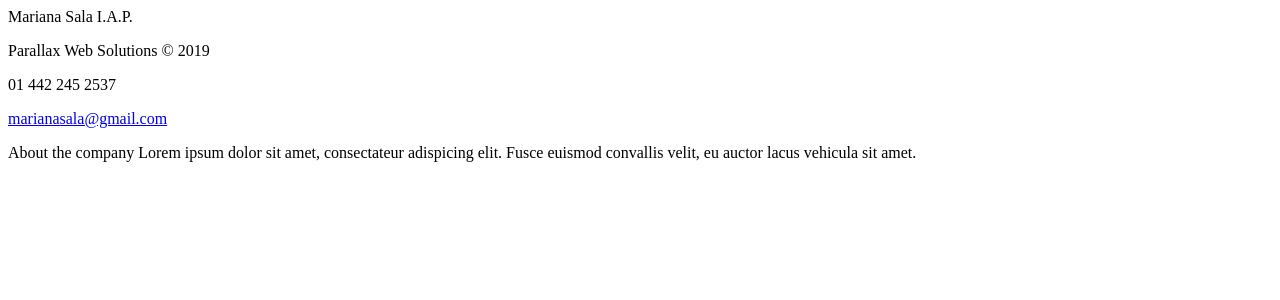
Repository: DanElias/Parallax
Page: Proyecto/Website/sitio/_footer_sitio.html
The author's editor kept a record of every edit. The page is drawn from the files as they stood at one moment, then again after the next edit.
The browser window is 1280 px wide. The pictures show the whole page.

Above is the page before.
Console error: TypeError: Cannot set properties of null (setting 'onmouseover')

### Proyecto/Website/sitio/_footer_sitio.html


<footer class="footer-distributed" id="footer">

			<div class="footer-left">
				<div class="my_footer_title">Mariana Sala I.A.P.</div>
				<p class="footer-company-name">Parallax Web Solutions © 2019</p>
			</div>

			<div class="footer-center">

				<div>
					<a target="_blank" href="https://www.google.com/maps/place/Educational+Center+Mariana+Sala+I.A.P./@20.6182497,-100.3733119,15z/data=!4m2!3m1!1s0x0:0xcba36e8ecbfad194?sa=X&ved=2ahUKEwiCr7vgrdHhAhVJQ6wKHRxbCgAQ_BIwEXoECAoQCA">
					    <i class="fa fa-map-marker hoverable"></i>
					</a>
					<a target="_blank" href="https://www.google.com/maps/place/Educational+Center+Mariana+Sala+I.A.P./@20.6182497,-100.3733119,15z/data=!4m2!3m1!1s0x0:0xcba36e8ecbfad194?sa=X&ved=2ahUKEwiCr7vgrdHhAhVJQ6wKHRxbCgAQ_BIwEXoECAoQCA">
					    <i class="fa fa-map-marker hoverable"></i>
					</a>

				</div>

				<div>
					<i class="fa fa-phone"></i>
					<p>01 442 245 2537</p>
				</div>

				<div>
					<i class="fa fa-envelope"></i>
					<p><a href="mailto:marianasala@gmail.com">marianasala@gmail.com</a></p>
				</div>

			</div>

			<div class="footer-right">

				<p class="footer-company-about">
					<span>About the company</span>
					Lorem ipsum dolor sit amet, consectateur adispicing elit. Fusce euismod convallis velit, eu auctor lacus vehicula sit amet.
				</p>

				<div class="footer-icons">

					<a href="#"><i class="fa fa-facebook"></i></a>
					<a href="#"><i class="fa fa-twitter"></i></a>
					<a href="#"><i class="fa fa-linkedin"></i></a>
					<a href="#"><i class="fa fa-github"></i></a>

				</div>

			</div>

		</footer>

<script>

    document.getElementById("boton_inicio").onmouseover=poner_shadow1;
    document.getElementById("boton_inicio").onmouseout=quitar_shadow1;
    document.getElementById("boton_eventos").onmouseover=poner_shadow2;
    document.getElementById("boton_eventos").onmouseout=quitar_shadow2;
    document.getElementById("boton_login").onmouseover=poner_shadow3;
    document.getElementById("boton_login").onmouseout=quitar_shadow3;
    document.getElementById("boton_apoyo").onmouseover=poner_shadow4;
    document.getElementById("boton_apoyo").onmouseout=quitar_shadow4;

    $(document).ready(function() {

        $('#logo_principal').fadeIn(1500)
        $('#boton_inicio').fadeToggle(1000)
        $('#boton_eventos').fadeToggle(1500)
        $('#boton_login').fadeToggle(2000)
        $('#boton_apoyo').fadeToggle(2500)

        $(window).scroll(function() {
            var height = $('.first-container').height();
            var scrollTop = $(window).scrollTop();



            if (scrollTop >= height - 50) {
                $('.nav-container').addClass('solid-nav')
                $('.nav_text').css('color', '#0d3d63')
                $('#nav-logo').fadeIn('slow')
            } else {
                $('.nav-container').removeClass('solid-nav')
                $('.nav_text').css('color', 'white')
                $('#nav-logo').fadeOut('fastver')
            }

            if (scrollTop >= height - 450) {
                $('.mision').fadeIn(2000)
                $('.vision').fadeIn(2000)
            }




        });
    });



    function poner_shadow1(){
        var element = document.getElementById("boton_inicio");
        element.classList.remove("my_text_noshadow");
        element.classList.add("my_text_shadow");
    }

    function quitar_shadow1(){
        var element = document.getElementById("boton_inicio");
        element.classList.add("my_text_noshadow");
        element.classList.remove("my_text_shadow");
    }

     function poner_shadow2(){
        var element = document.getElementById("boton_eventos");
        element.classList.remove("my_text_noshadow");
        element.classList.add("my_text_shadow");
    }

    function quitar_shadow2(){
        var element = document.getElementById("boton_eventos");
        element.classList.add("my_text_noshadow");
        element.classList.remove("my_text_shadow");
    }

     function poner_shadow3(){
        var element = document.getElementById("boton_login");
        element.classList.remove("my_text_noshadow");
        element.classList.add("my_text_shadow");
    }

    function quitar_shadow3(){
        var element = document.getElementById("boton_login");
        element.classList.add("my_text_noshadow");
        element.classList.remove("my_text_shadow");
    }

     function poner_shadow4(){
        var element = document.getElementById("boton_apoyo");
        element.classList.remove("my_text_noshadow");
        element.classList.add("my_text_shadow");
    }

    function quitar_shadow4(){
        var element = document.getElementById("boton_apoyo");
        element.classList.add("my_text_noshadow");
        element.classList.remove("my_text_shadow");
    }

</script>

</body>
</html>

After the next edit:
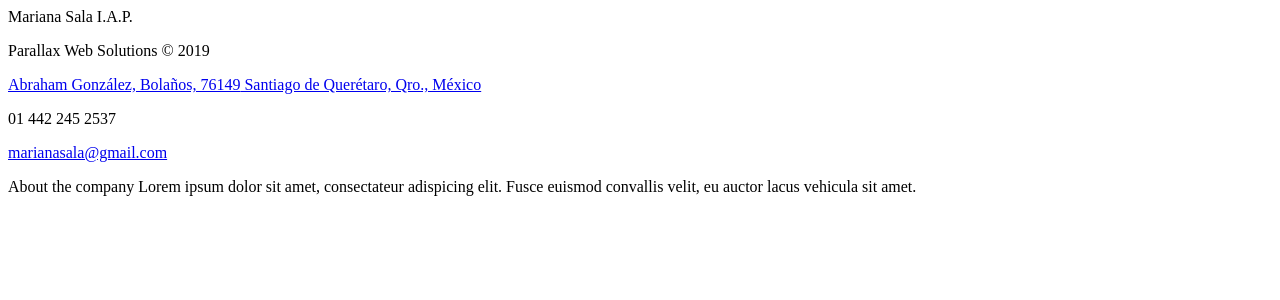
The edit:
--- a/Proyecto/Website/sitio/_footer_sitio.html
+++ b/Proyecto/Website/sitio/_footer_sitio.html
@@ -14,9 +14,8 @@
 					    <i class="fa fa-map-marker hoverable"></i>
 					</a>
 					<a target="_blank" href="https://www.google.com/maps/place/Educational+Center+Mariana+Sala+I.A.P./@20.6182497,-100.3733119,15z/data=!4m2!3m1!1s0x0:0xcba36e8ecbfad194?sa=X&ved=2ahUKEwiCr7vgrdHhAhVJQ6wKHRxbCgAQ_BIwEXoECAoQCA">
-					    <i class="fa fa-map-marker hoverable"></i>
+					   <p><span href>Abraham González, Bolaños, 76149</span> Santiago de Querétaro, Qro., México</p>
 					</a>
-
 				</div>
 
 				<div>
